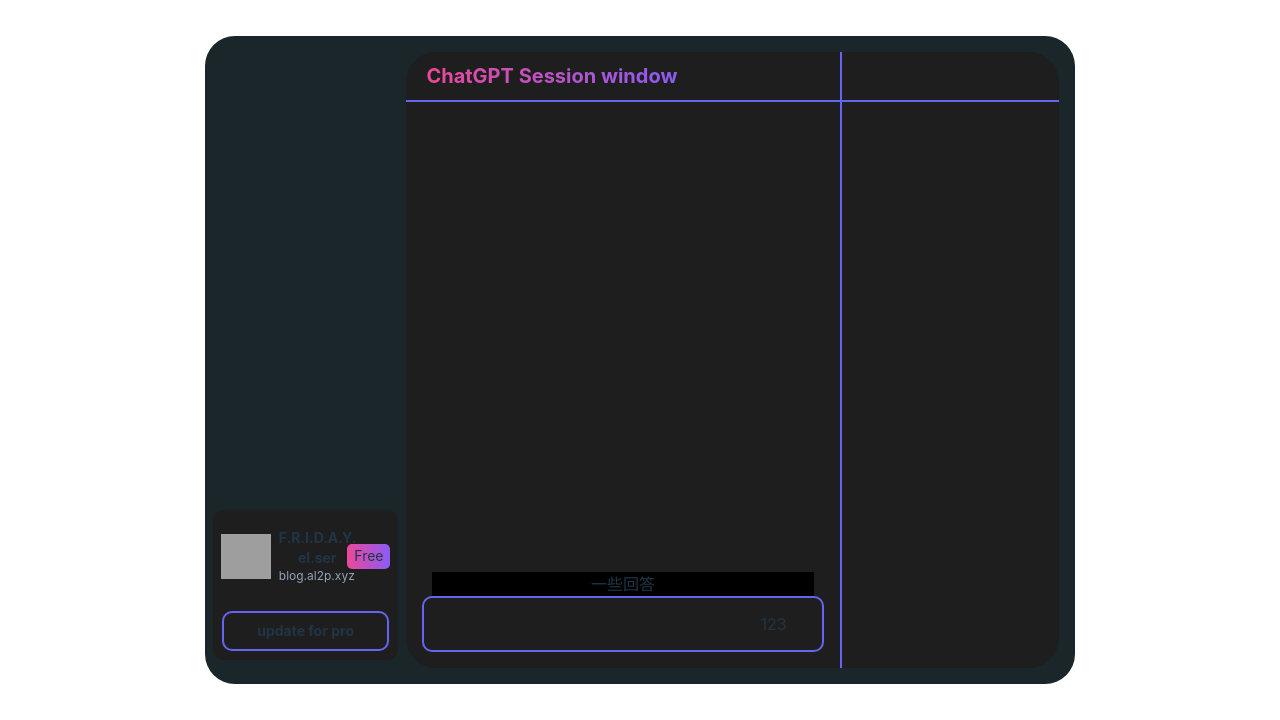
Repository: yezhonghu0503/chatgpt-vue-lac
Page: /
An editor plug-in stored every save of this project. The page is shown before and after a run of saves, followed by the edit.
The browser window is 1280 px wide. The pictures show the whole page.
Pictures or frames that could not be fetched are drawn as grey boxes. The project was rebuilt for these pictures with package versions that can differ from the ones it lists, and the page was loaded fresh each time. Also part of the build but not shown: vite.config.ts.

Above is the page before, as saved 2023-05-18 18:24:03.

After the next 2 saves:
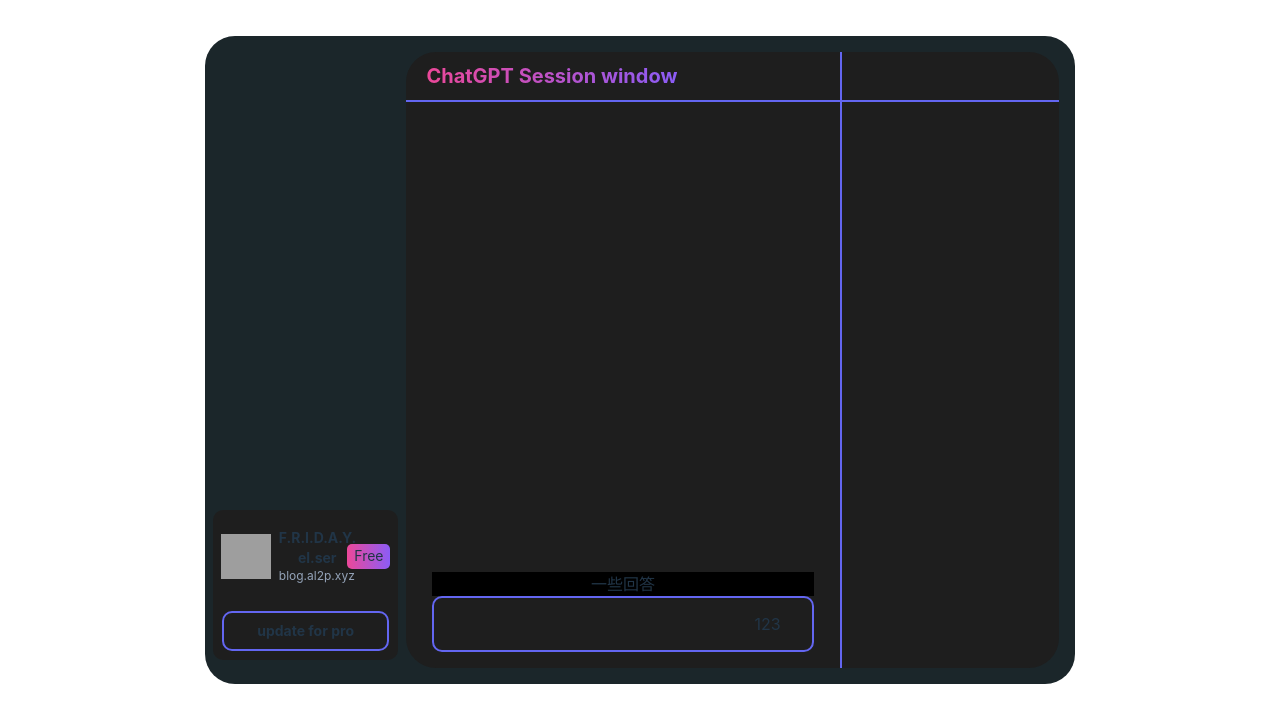
The 2 saves are shown as one change because they came seconds apart.
The last was saved 19 s later.
--- a/src/components/chat-main/chatMain.vue
+++ b/src/components/chat-main/chatMain.vue
@@ -15,7 +15,7 @@
           <img src="" alt="" />
         </div>
         <div
-          class="flex w-[100%] items-center rounded-[10px] h-14 border-2 border-indigo-500 p-4"
+          class="flex w-[95%] items-center rounded-[10px] h-14 border-2 border-indigo-500"
         >
           <input class="w-[25vw]" type="text" />
           <div>123</div>
